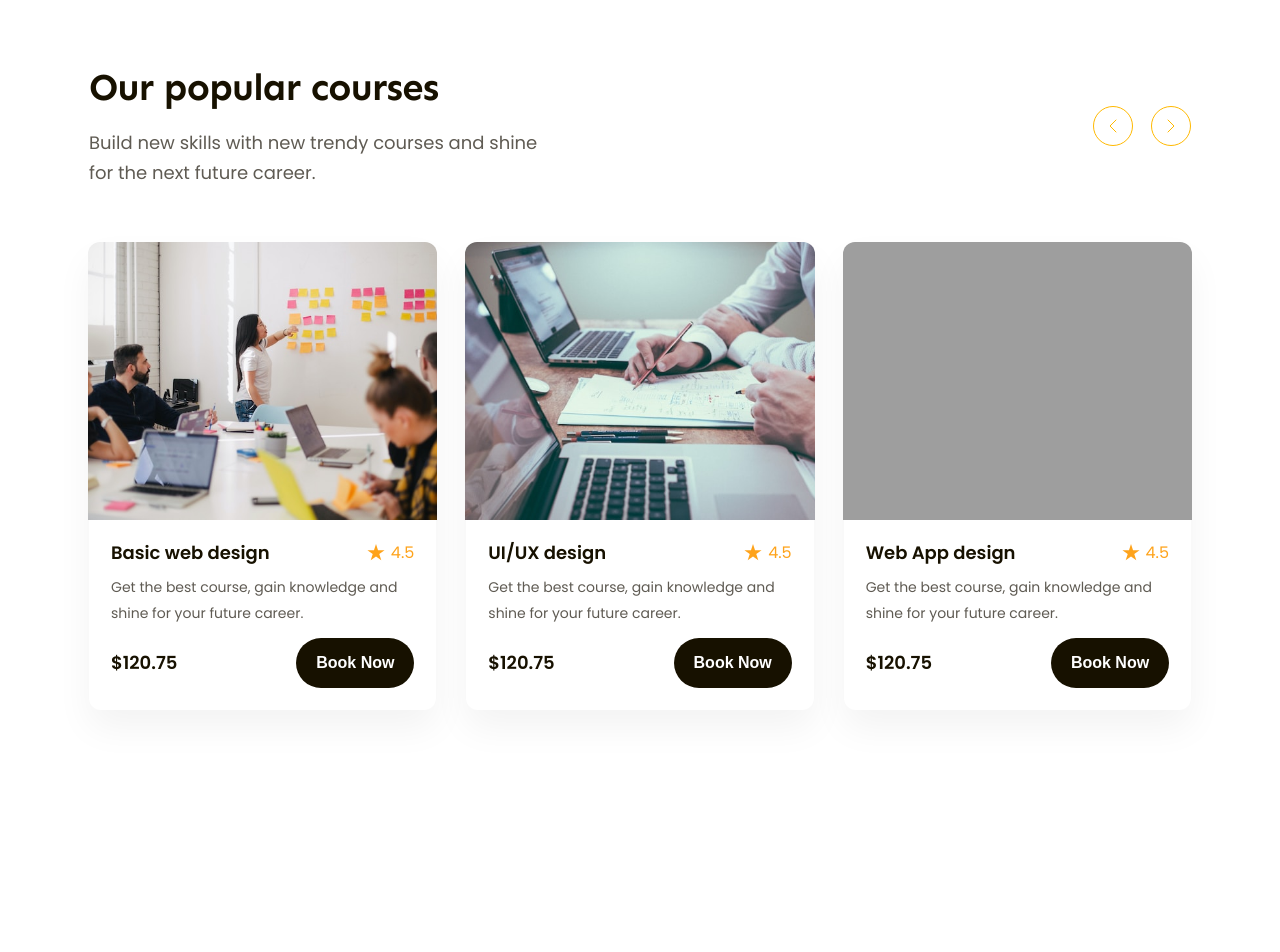
Repository: anhtien111198/f8-htmlcss-02
Page: index.html
An editor plug-in stored every save of this project. The page is shown before and after the next save, followed by the edit.
The browser window is 1280 px wide. The pictures show the part of the page from y = 1036 to 1988 px (the page is 5000 px tall).
Pictures or frames that could not be fetched are drawn as grey boxes. A picture or video elsewhere on the page could not be fetched, so the positions and the page height are approximate.

Above is the page before, as saved 2023-05-09 10:48:28.

After the next save:
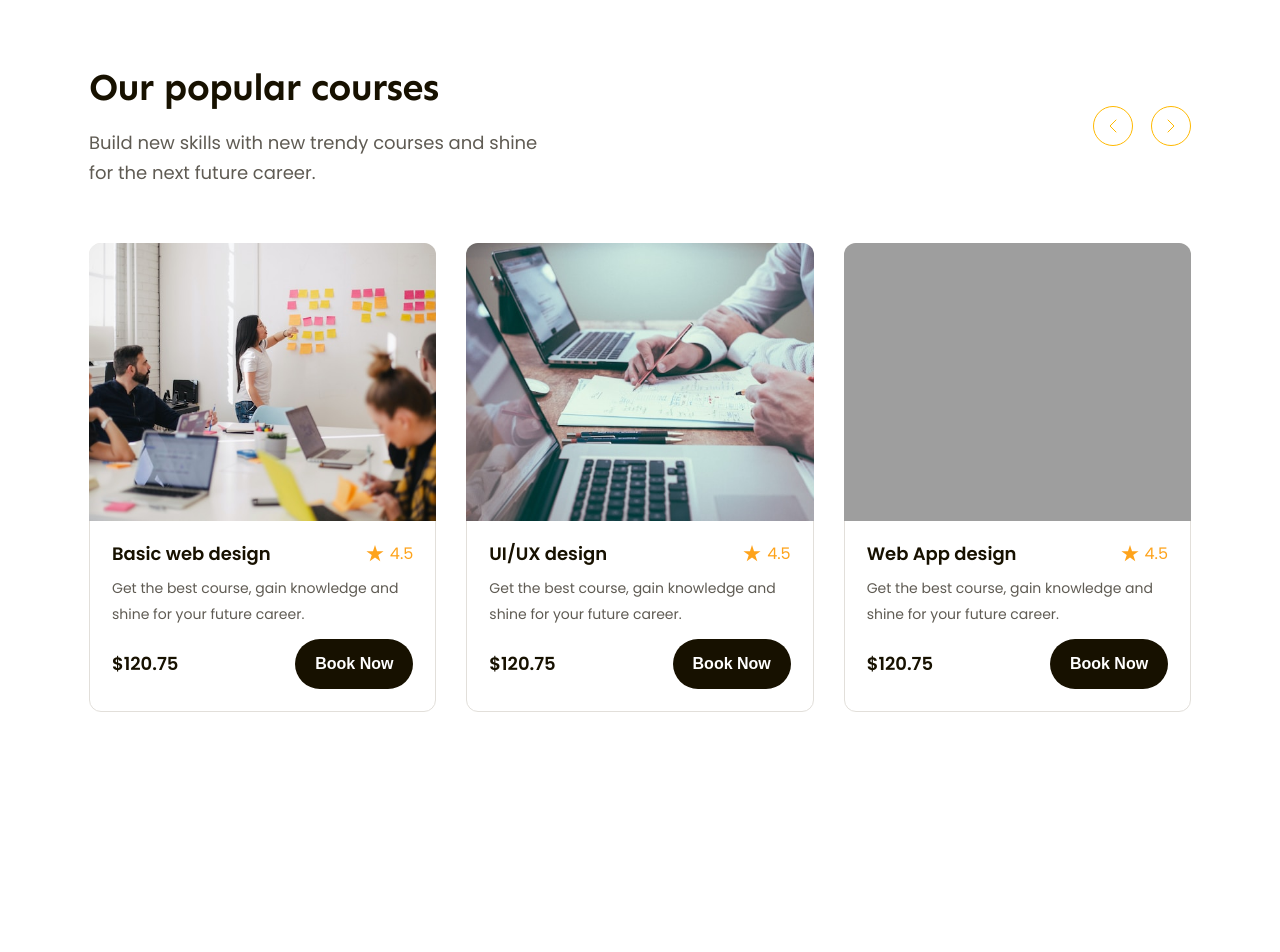
Saved 81 s later.
--- a/assets/css/style.css
+++ b/assets/css/style.css
@@ -279,7 +279,7 @@
 .popular .course-item {
     flex: 1;
     background: #ffffff;
-    box-shadow: 0px 18px 36px rgba(0, 0, 0, 0.05);
+    border: 1px solid #e2dfda;
     border-radius: 12px;
 }
 .popular .course-item .thumb {
